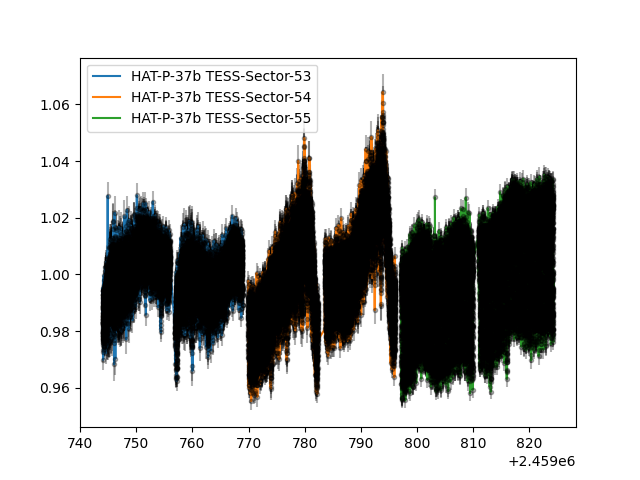
Repository: BoiseStatePlanetary/HAT-P-37-Transit-Timing-Analysis
Script's output: python code/tess_fitting.py
An editor plug-in stored every save of this project. The script's output is shown before and after the next save, followed by the edit.
Random numbers start from a fixed seed.

Above is the script's output before, as saved 2025-04-04 17:57:03.

After the next save:
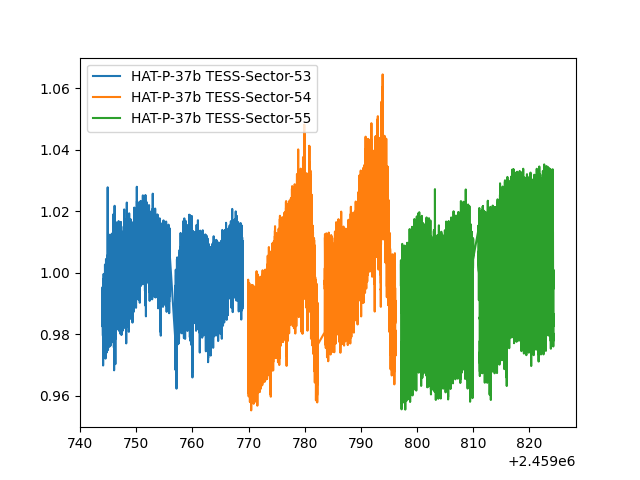
Saved 37 s later.
--- a/code/tess_fitting.py
+++ b/code/tess_fitting.py
@@ -21,7 +21,7 @@ def plot_data(file_name, color_dict):
     file_split = file_name.split("_")
     planet_name = file_split[-2]
     sector = file_split[-1].split(".")[0]
-    plt.errorbar(photdata["BJD_TDB"], photdata["flux"], yerr=photdata["error"], color='k', marker='.', ls='none', alpha=0.3)
+    # plt.errorbar(photdata["BJD_TDB"], photdata["flux"], yerr=photdata["error"], color='k', marker='.', ls='none', alpha=0.3)
     plt.plot(photdata["BJD_TDB"], photdata["flux"], color=color_dict[sector], label=f"{planet_name} {sector}")
 
 
